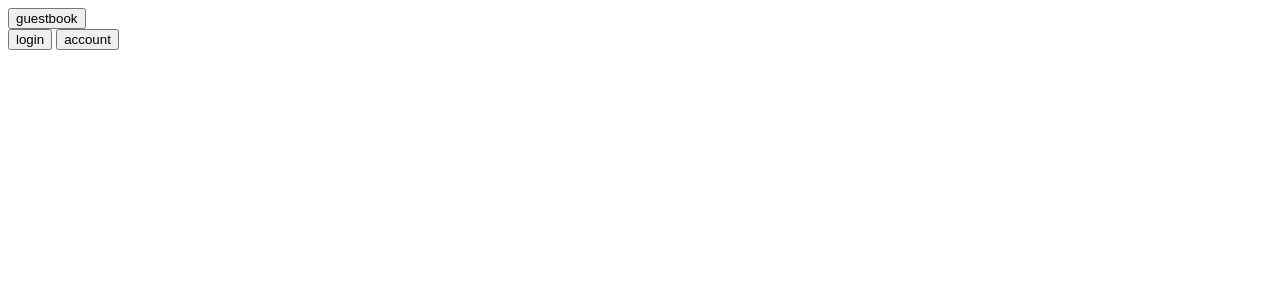
Repository: hagjun/jspstudy
Page: http://localhost/01_servlet/guestbook/index.jsp
An editor plug-in stored every save of this project. The page is shown before and after the next save, followed by the edit.
The browser window is 1280 px wide. The pictures show the whole page.
The page is served by Tomcat 9. Other server files are loaded and not shown.

Above is the page before, as saved 2024-03-08 06:35:10.

### 01_servlet/src/main/webapp/guestbook/index.jsp
<%@ page language="java" contentType="text/html; charset=UTF-8"
    pageEncoding="UTF-8"%>
<!DOCTYPE html>
<html>
<head>
<meta charset="UTF-8">
<title>index</title>
</head>
<body>
	<form action="/01_servlet/Guest" method="post">
		<input type="submit" value="guestbook">
		<input type="hidden" name="cmd" value="list">
	</form>
	<form action="/01_servlet/Member" method="post">
		<input type="submit" value="login">
		<input type="hidden" name="cmd" value="login">
		<input type="submit" value="account">
		<input type="hidden" name="cmd" value="account">
	</form>
	<form action="/01_servlet/Member" method="post">
	</form>
</body>
</html>

After the next save:
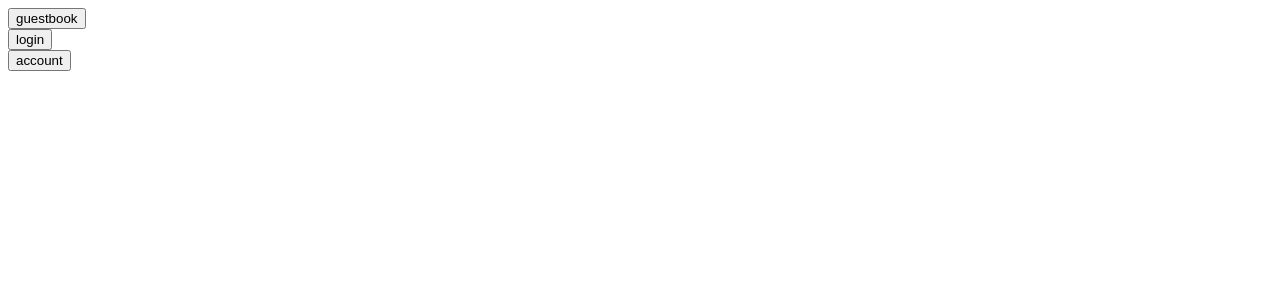
Saved 17 s later.
--- a/01_servlet/src/main/webapp/guestbook/index.jsp
+++ b/01_servlet/src/main/webapp/guestbook/index.jsp
@@ -14,10 +14,10 @@
 	<form action="/01_servlet/Member" method="post">
 		<input type="submit" value="login">
 		<input type="hidden" name="cmd" value="login">
+	</form>
+	<form action="/01_servlet/Member" method="post">
 		<input type="submit" value="account">
 		<input type="hidden" name="cmd" value="account">
 	</form>
-	<form action="/01_servlet/Member" method="post">
-	</form>
 </body>
 </html>
